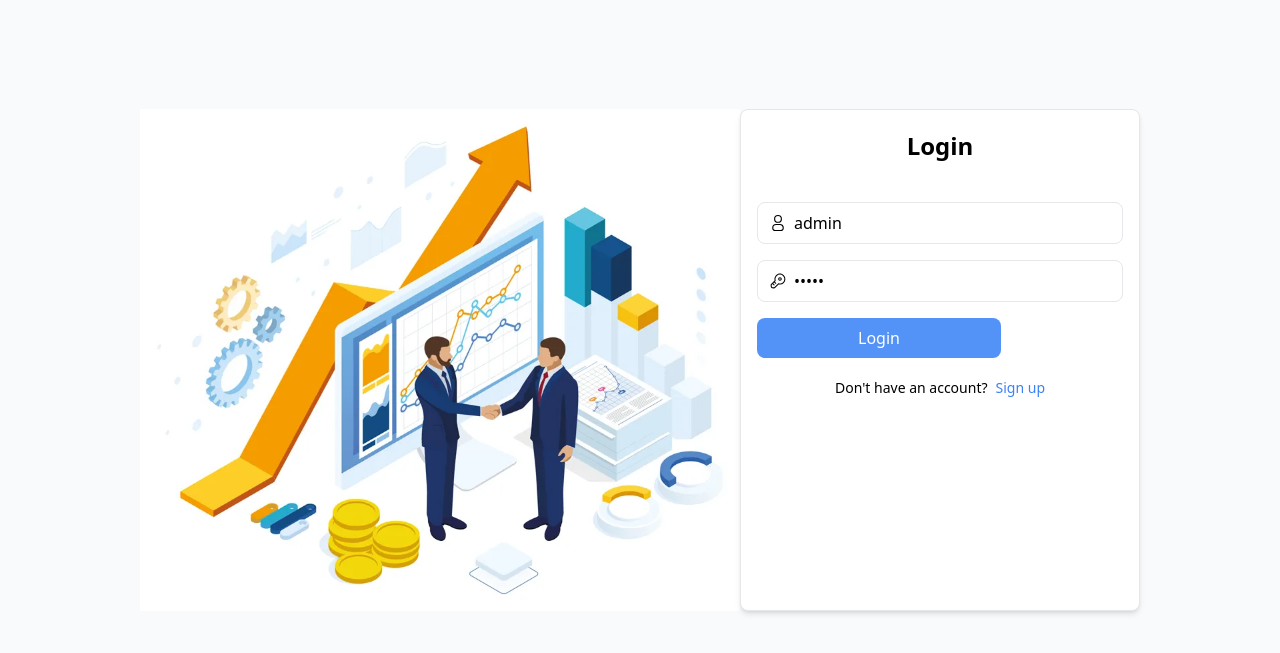
Repository: Fortivera/yourestate
Page: /
An editor plug-in stored every save of this project. The page is shown before and after the next save, followed by the edit.
The browser window is 1280 px wide. The pictures show the whole page.
The project was rebuilt for these pictures with package versions that can differ from the ones it lists, and the page was loaded fresh each time. The framework's server and built-in components were replaced by stand-ins that run in the browser. Also part of the build but not shown: next.config.js.

Above is the page before, as saved 2023-11-02 14:40:39.

After the next save:
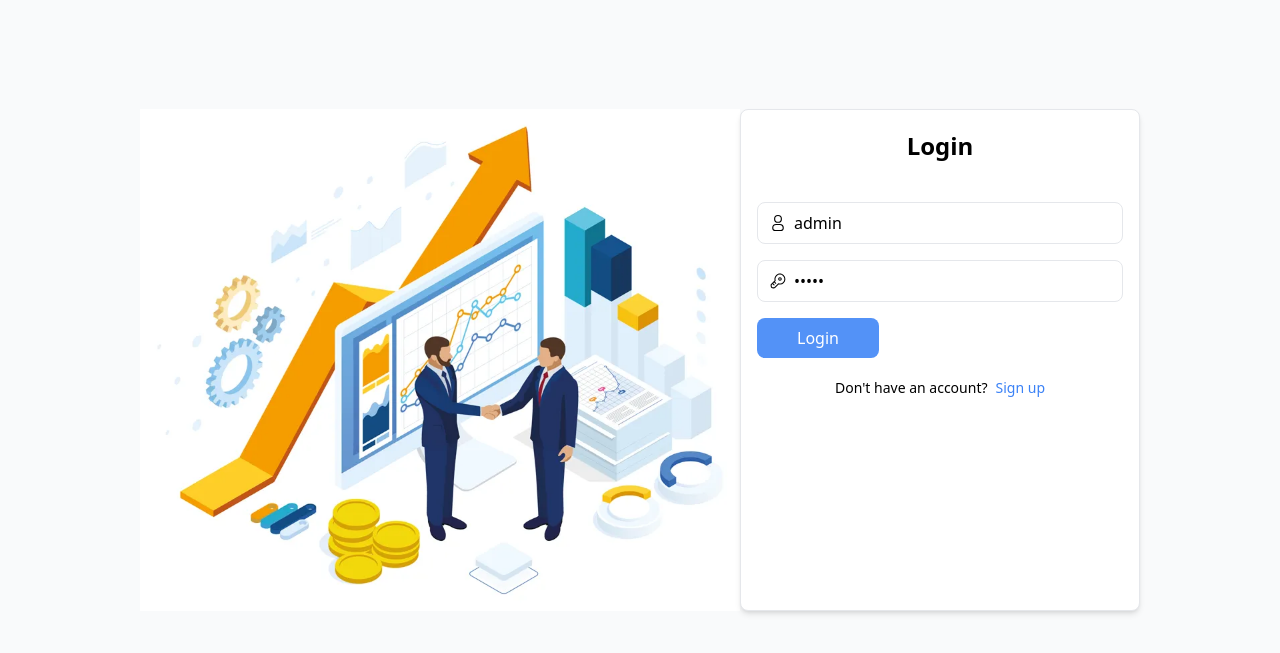
Saved 9 s later.
--- a/src/app/page.tsx
+++ b/src/app/page.tsx
@@ -28,7 +28,7 @@ export default function Login() {
               <input defaultValue="admin" id="Password" type="password" name="Password" placeholder="Password" required className="block w-full border rounded-lg py-2 pl-9 mt-1 focus:ring focus:ring-blue-300" />
             </div>
 
-            <button type="button" aria-label="Sign-in button" className="bg-[#5392f7] text-white rounded-lg w-2/3 py-2 mb-4 hover:bg-[#3b83f6]">
+            <button type="button" aria-label="Sign-in button" className="bg-[#5392f7] text-white rounded-lg w-1/3 py-2 mb-4 hover:bg-[#3b83f6]">
               <Link href="/dashboard">Login</Link>
             </button>
             <div className="flex text-sm justify-center">
